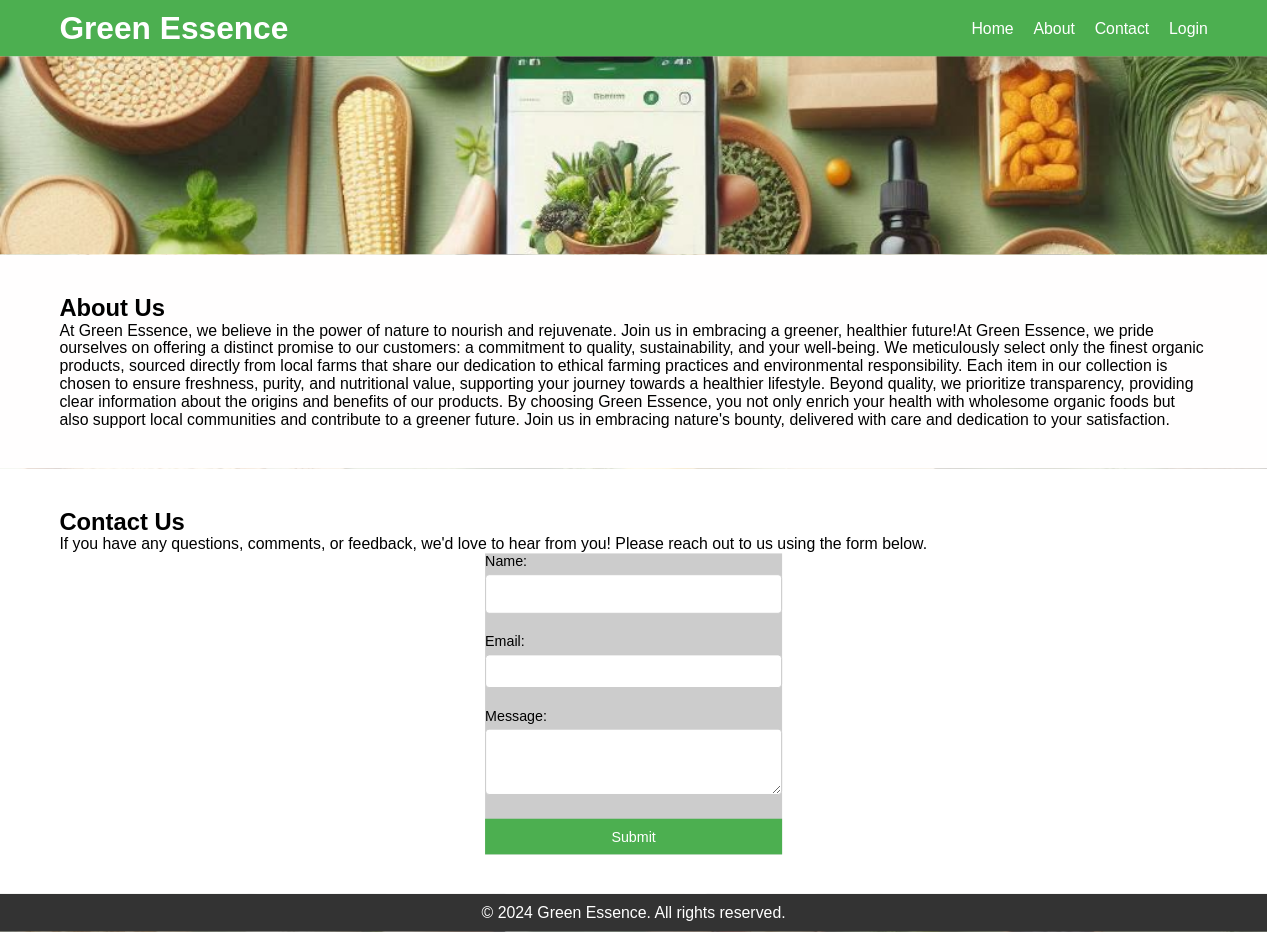
Repository: niki3210/Sahyadri
Page: Projectorganic/index.html
These files come from the project's save history. The page is drawn as it stood at one moment and after the next save; the edit follows.
The browser window is 1280 px wide. The pictures show the whole page, at 99% of full size.
Backgrounds fixed to the window are drawn as part of the page.

Above is the page before, as saved 2024-06-21 18:36:11.

After the next save:
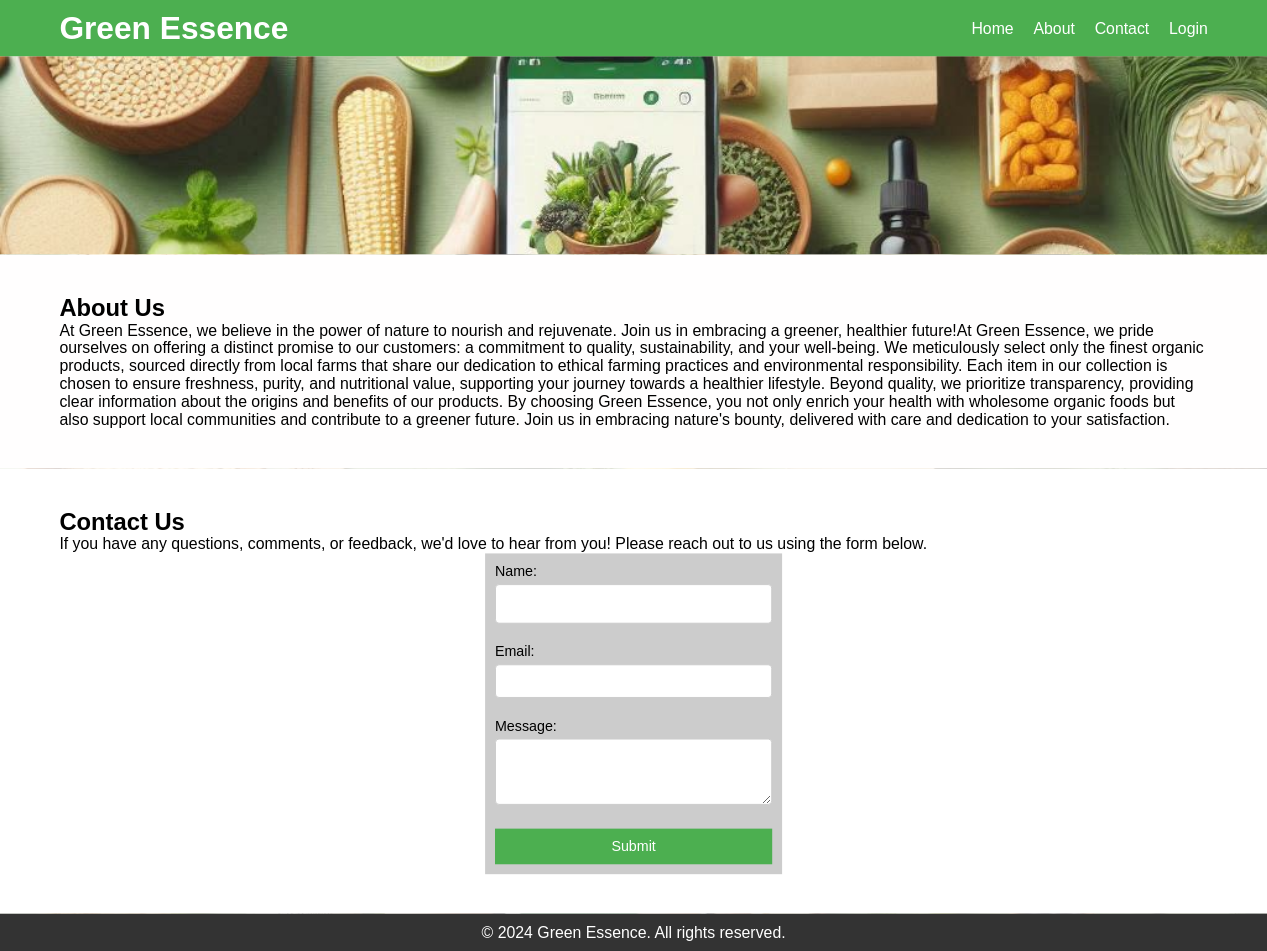
Saved 1 s later.
--- a/Projectorganic/styles.css
+++ b/Projectorganic/styles.css
@@ -105,7 +105,7 @@ section {
 }
 form {
     max-width: 300px;
-    padding: px;
+    padding: 10px;
     margin-top: 20 px;
     margin-bottom: 20px;
     margin: 0 auto;
